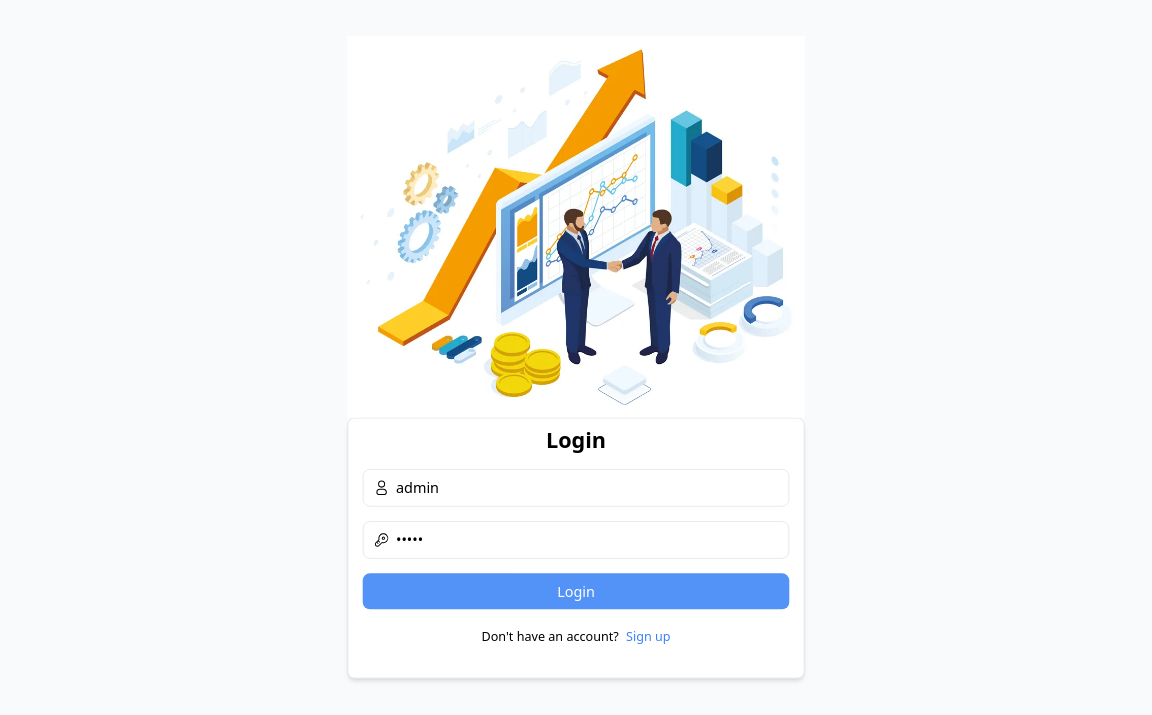
Repository: Fortivera/yourestate
Page: /
The author's editor kept a copy of each file at every save. The page is drawn from the files as they stood at one save, then again after the next save.
The browser window is 1280 px wide. The pictures show the whole page, at 90% of full size.
The project was rebuilt for these pictures with package versions that can differ from the ones it lists, and the page was loaded fresh each time. The framework's server and built-in components were replaced by stand-ins that run in the browser. Also part of the build but not shown: next.config.js.

Above is the page before, as saved 2023-11-01 23:32:46.

After the next save:
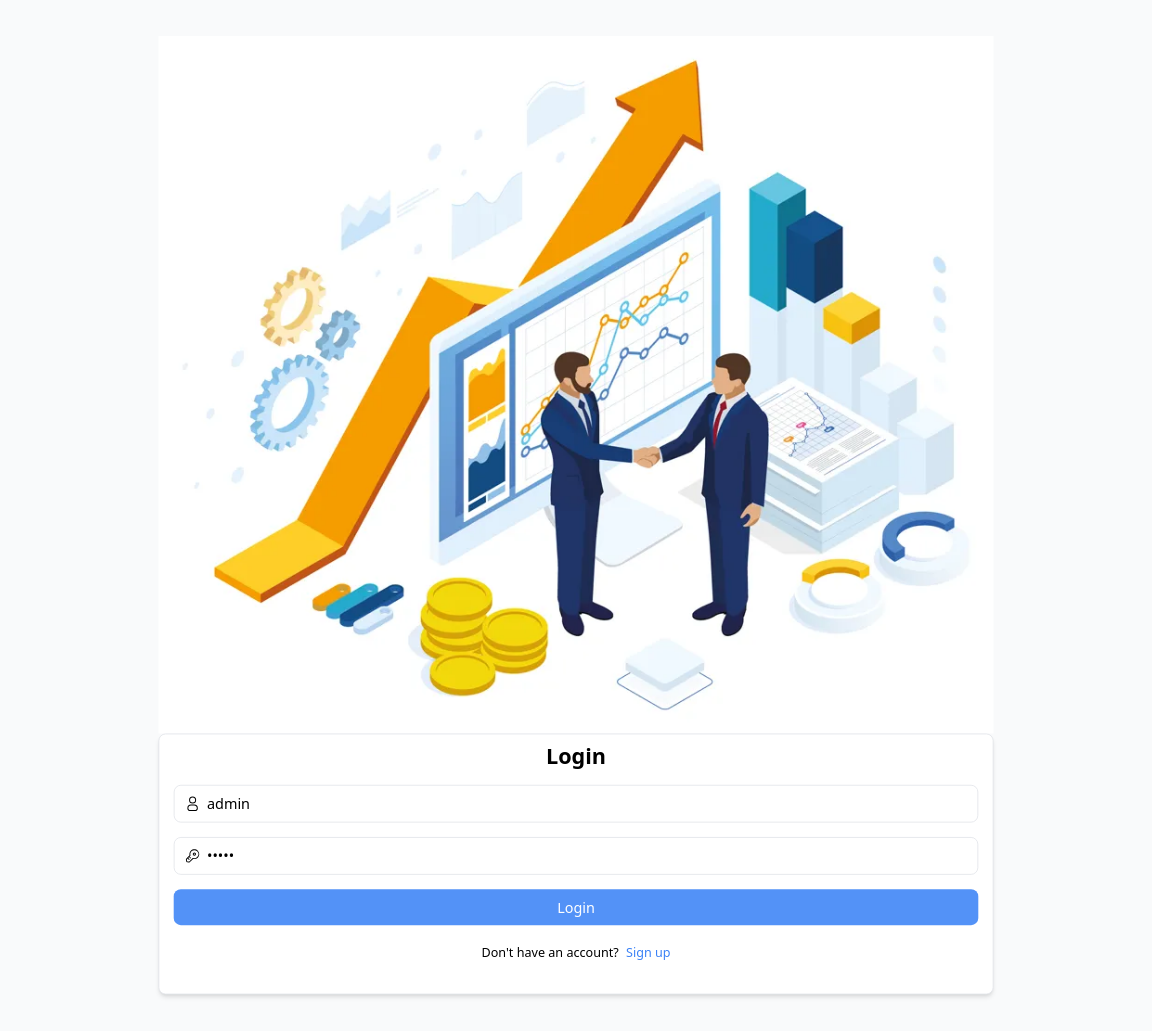
Saved 4 min 5 s later.
--- a/src/app/page.tsx
+++ b/src/app/page.tsx
@@ -1,18 +1,18 @@
-import Link from "next/link"
-import Image from "next/image"
-import SvgNewUser from "public/static/SvgNewUser"
-import SvgPassword from "public/static/SvgPassword"
+import Link from "next/link";
+import Image from "next/image";
+import SvgNewUser from "public/static/SvgNewUser";
+import SvgPassword from "public/static/SvgPassword";
 
 export const metadata = {
   title: "Real Estate Manager",
   description: "Application for managing properties, including profit and spendings",
-}
+};
 
 export default function Login() {
   return (
     <div className="min-h-screen bg-gray-50 flex items-center justify-center">
-      <div className="w-full px-4 py-10 tablet:w-[540px] laptop:w-[1000px]laptop:flex laptop:flex-col">
-        <figure className="w-full ">
+      <div className="w-full px-4 py-10 laptop:w-3/4 desktop:w-[1000px] flex flex-col">
+        <figure className="w-full">
           <Image src="/static/growth.jpg" alt="login page picture" layout="responsive" width={300} height={200} />
         </figure>
         <div className="w-full px-4 pb-8 pt-2 bg-white border rounded-lg shadow-md">
@@ -20,23 +20,45 @@ export default function Login() {
 
           <div className="mb-4 relative">
             <label className="text-sm" htmlFor="Name">
-              <SvgNewUser width={18} height={18} className={"absolute left-3 top-3"} />
+              <SvgNewUser width={18} height={18} className="absolute left-3 top-3" />
             </label>
-            <input defaultValue="admin" id="Name" type="text" name="Name" placeholder="Username" autoComplete="given-name" required className=" block w-full border rounded-lg py-2 pl-9 mt-1 focus:ring focus:ring-blue-300" />
+            <input
+              defaultValue="admin"
+              id="Name"
+              type="text"
+              name="Name"
+              placeholder="Username"
+              autoComplete="given-name"
+              required
+              className="block w-full border rounded-lg py-2 pl-9 mt-1 focus:ring focus:ring-blue-300"
+            />
           </div>
 
           <div className="mb-4 relative">
             <label className="text-sm" htmlFor="Password">
-              <SvgPassword width={18} height={18} className={"absolute left-3 top-3"} />
+              <SvgPassword width={18} height={18} className="absolute left-3 top-3" />
             </label>
-            <input defaultValue="admin" id="Password" type="password" name="Password" placeholder="Password" required className="block w-full border rounded-lg py-2 pl-9 mt-1 focus:ring focus:ring-blue-300" />
+            <input
+              defaultValue="admin"
+              id="Password"
+              type="password"
+              name="Password"
+              placeholder="Password"
+              required
+              className="block w-full border rounded-lg py-2 pl-9 mt-1 focus:ring focus:ring-blue-300"
+            />
           </div>
 
-          <button type="button" aria-label="Sign-in button" className="bg-[#5392f7] text-white rounded-lg w-full py-2 mb-4 hover:bg-[#3b83f6]">
+          <button
+            type="button"
+            aria-label="Sign-in button"
+            className="bg-[#5392f7] text-white rounded-lg w-full py-2 mb-4 hover:bg-[#3b83f6]"
+          >
             <Link href="/dashboard">Login</Link>
           </button>
+
           <div className="flex text-sm justify-center">
-            <div className="p-1">Don&apos;t have an account?</div>
+            <div className="p-1">Don't have an account?</div>
             <Link href="/user" className="text-blue-500 hover:underline p-1">
               Sign up
             </Link>
@@ -44,5 +66,5 @@ export default function Login() {
         </div>
       </div>
     </div>
-  )
+  );
 }
